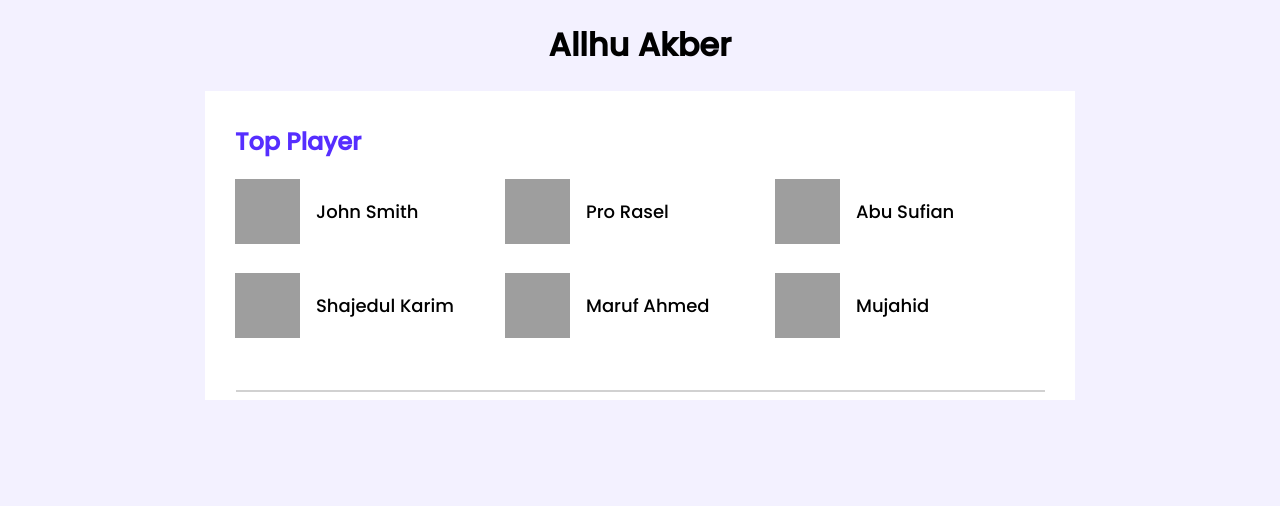
Repository: zjria/leader-board
Page: index.html
An editor plug-in stored every save of this project. The page is shown before and after the next save, followed by the edit.
The browser window is 1280 px wide. The pictures show the whole page.
Pictures or frames that could not be fetched are drawn as grey boxes.

Above is the page before, as saved 2022-09-04 07:20:12.

After the next save:
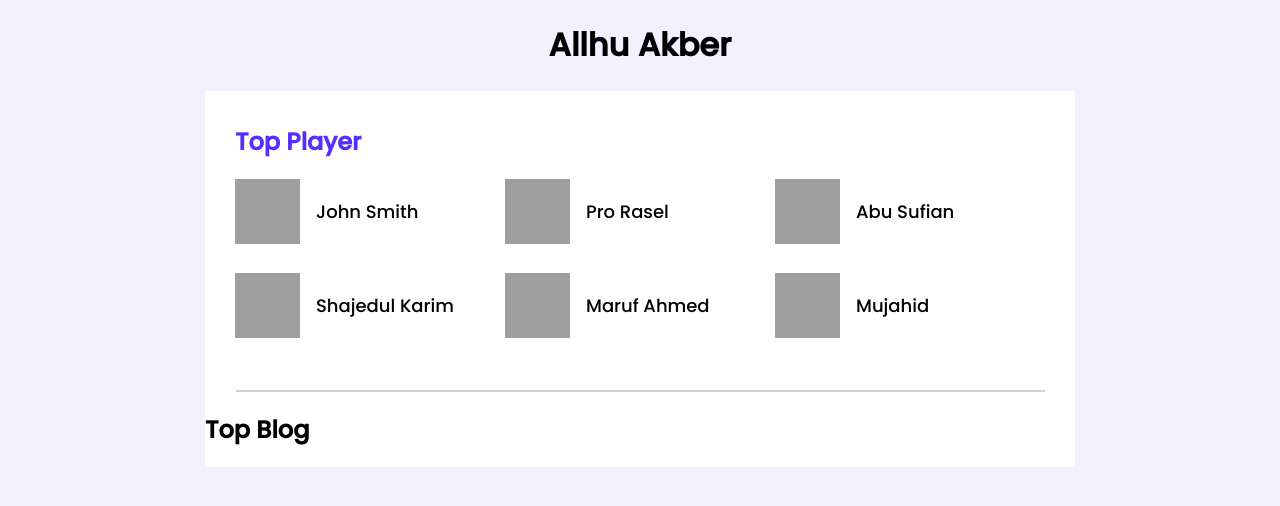
Saved 84 s later.
--- a/index.html
+++ b/index.html
@@ -51,7 +51,9 @@
             <hr class="horigantal-line">
 
             <!-- Blog information -->
-
+            <div class="blog-information">
+                <h2>Top Blog</h2>
+            </div>
 
         </section>
     </main>
